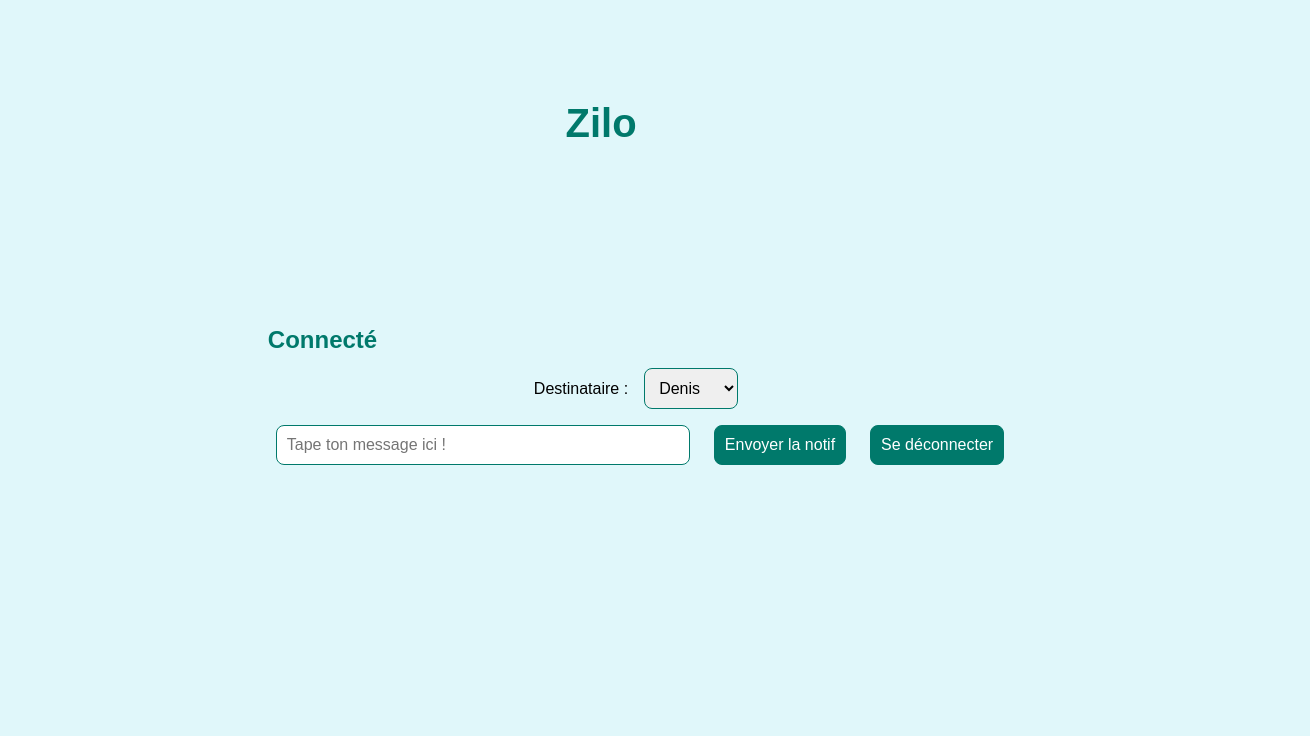
Repository: nlagardere/LumoNet
Page: public/index.html
The author's editor kept a copy of each file at every save. The page is drawn from the files as they stood at one save, then again after the next save.
The browser window is 1280 px wide. The page is 1310 px wide, so the pictures cover 1310 px, including what lies to the right of the window. The pictures show the whole page.

Above is the page before, as saved 2025-08-18 20:01:09.

After the next save:
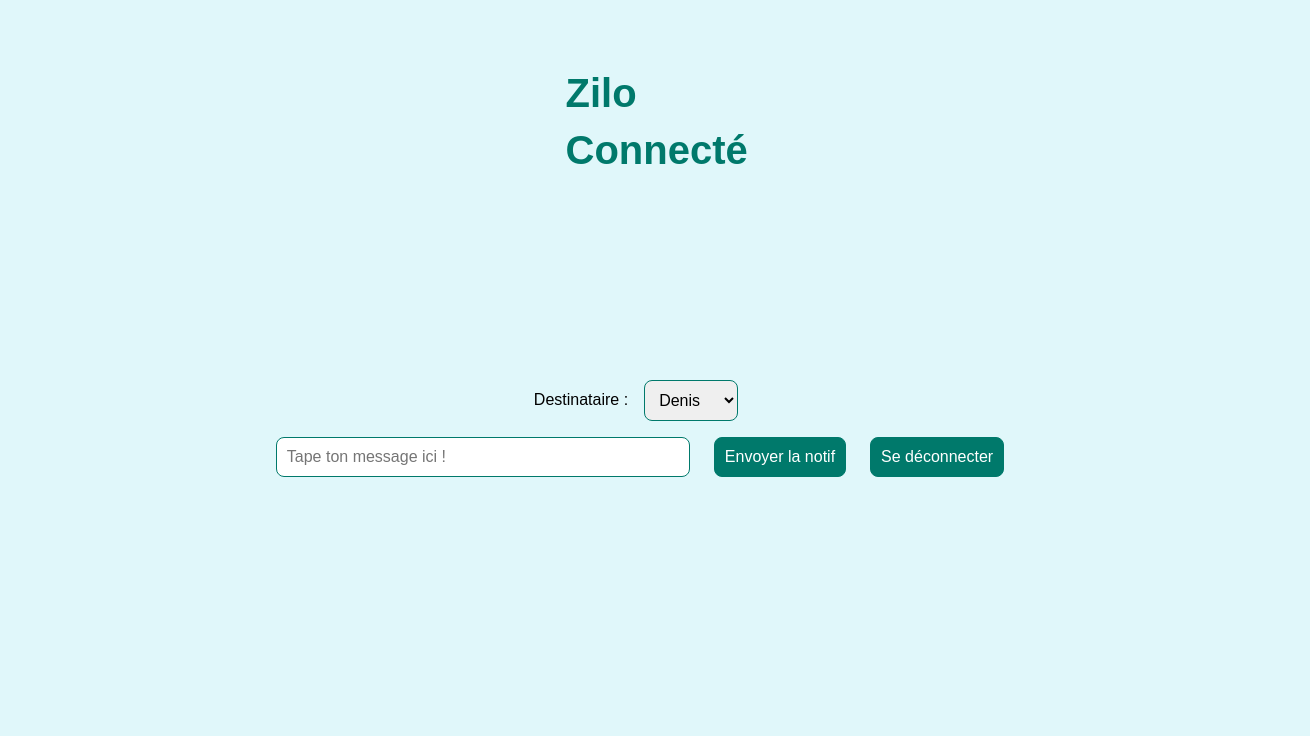
Saved 7 s later.
--- a/public/index.html
+++ b/public/index.html
@@ -52,7 +52,7 @@
       left: 40%;
      }
 
-    .card h1 {
+    .card h2 {
       font-size:2.5em;
       margin-bottom:12px;
       position: relative;
